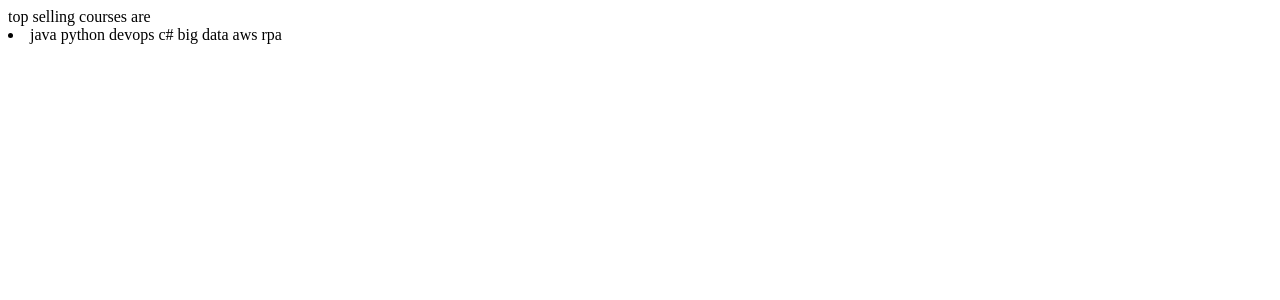
Repository: Amol0306/Spring-Boot
Page: http://localhost/CoursesWebApp/Course.jsp
These files come from the project's save history. The page is drawn as it stood at one moment and after the next save; the edit follows.
The browser window is 1280 px wide. The pictures show the whole page.
The page is served by Tomcat 9. Other server files are loaded and not shown.

Above is the page before, as saved 2020-08-11 19:59:20.

### CoursesWebApp/src/main/WebApp/Course.jsp
<%@ page language="java" contentType="text/html; charset=ISO-8859-1"
    pageEncoding="ISO-8859-1"%>
<!DOCTYPE html>
<html>
<head>
<meta charset="ISO-8859-1">
<title>courses</title>
</head>
<body>
top selling courses are
<li>
java
 python
  devops
  c#
  big data
  aws
  rpa
</li>
</body>
</html>

After the next save:
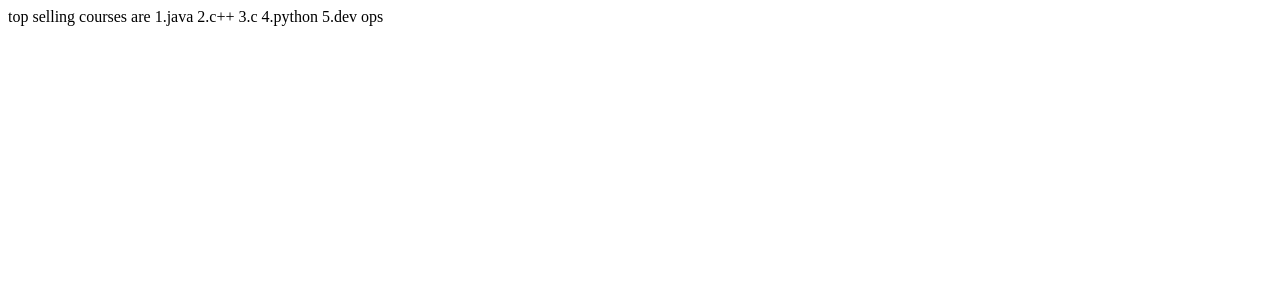
Saved 10 s later.
--- a/CoursesWebApp/src/main/WebApp/Course.jsp
+++ b/CoursesWebApp/src/main/WebApp/Course.jsp
@@ -8,14 +8,10 @@
 </head>
 <body>
 top selling courses are
-<li>
-java
- python
-  devops
-  c#
-  big data
-  aws
-  rpa
-</li>
+1.java
+2.c++
+3.c
+4.python
+5.dev ops
 </body>
 </html>
